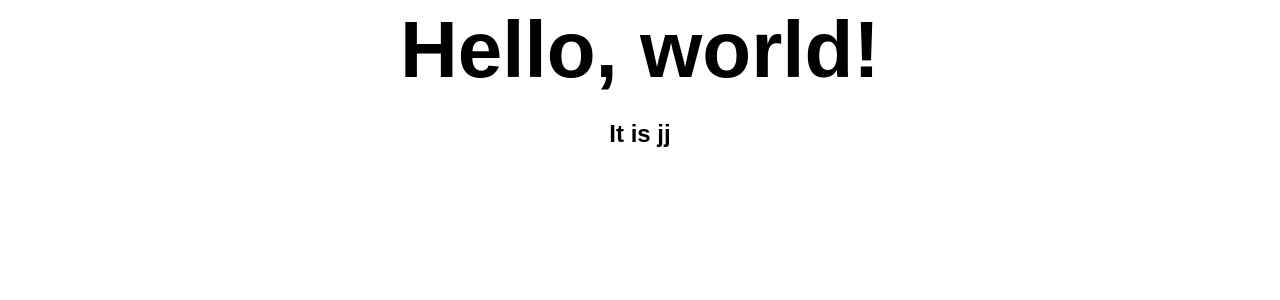
Repository: 70y-ali/branding_
Page: /sign-up
An editor plug-in stored every save of this project. The page is shown before and after the next save, followed by the edit.
The browser window is 1280 px wide. The pictures show the whole page.
The project was rebuilt for these pictures with package versions that can differ from the ones it lists, and the page was loaded fresh each time. A package was used in the major version that the imports need, not the one package.json lists. Also part of the build but not shown: src/components/Home/index.js.

Above is the page before, as saved 2021-01-01 22:57:24.

After the next save:
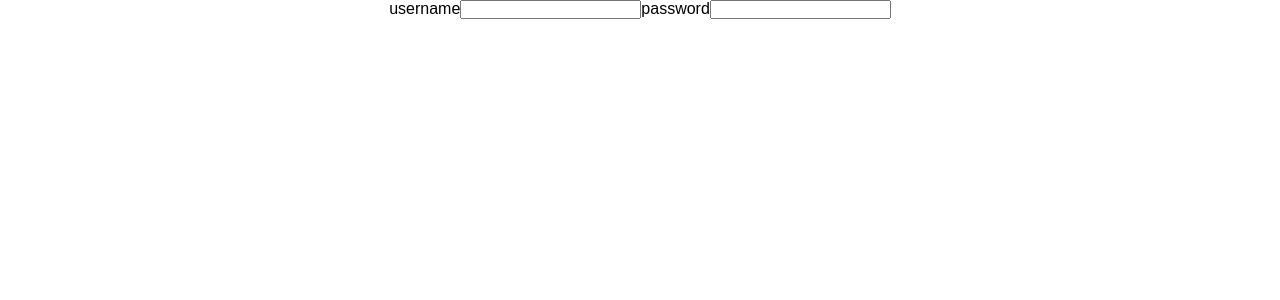
Saved 65 s later.
--- a/src/components/SignUp/index.js
+++ b/src/components/SignUp/index.js
@@ -3,8 +3,10 @@
     render() {
         return (
         <div>
-            <h1>Hello, world!</h1>
-            <h2>It is jj</h2>
+            <label>username</label>
+            <input type='text'></input>
+            <label>password</label>
+            <input type='password'></input>
         </div>
         );
     }
